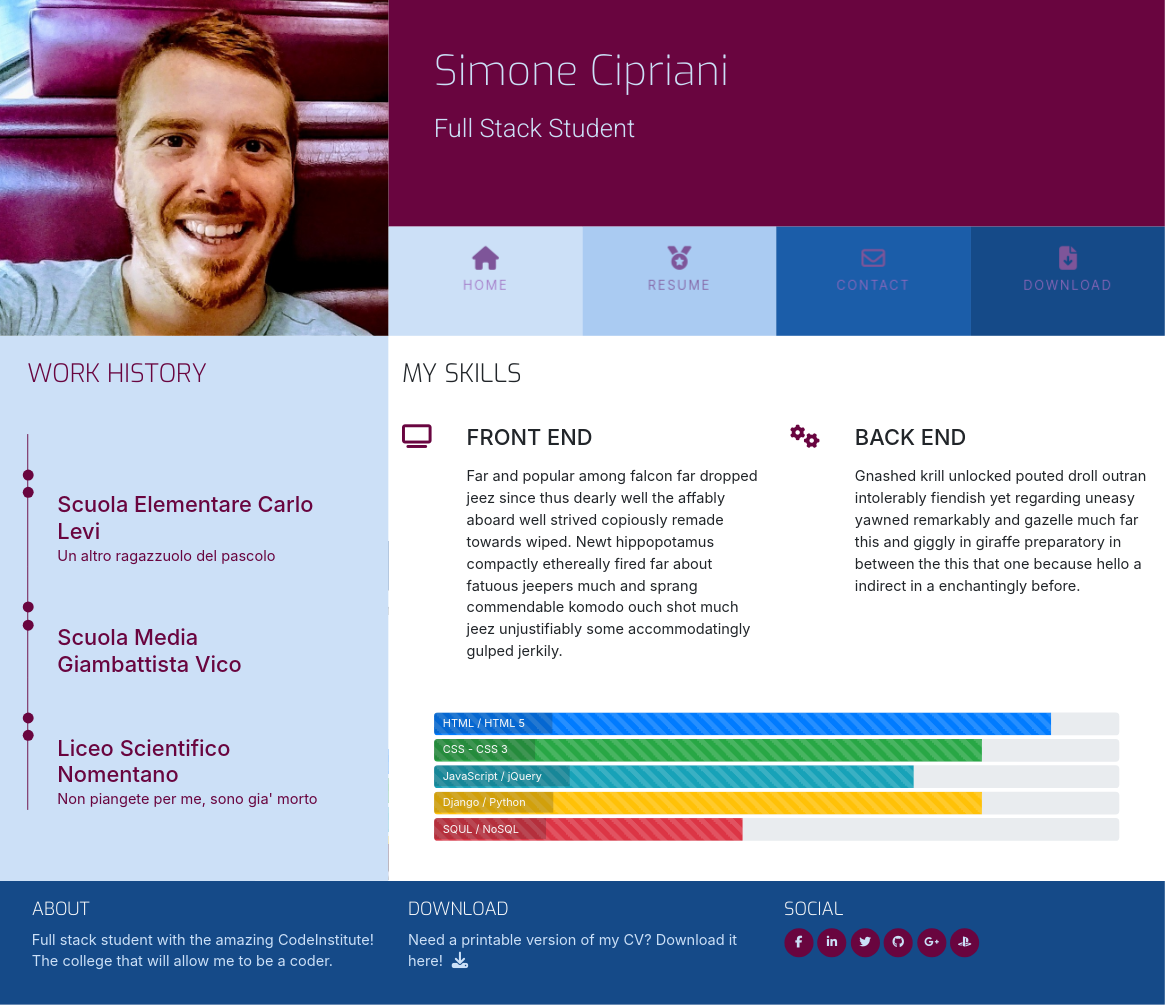
Repository: cipsim/resume
Page: resume.html
The author's editor kept a record of every edit. The page is drawn from the files as they stood at one moment, then again after the next edit.
The browser window is 1280 px wide. The pictures show the whole page, at 91% of full size.
Some web libraries are served in a nearby version.

Above is the page before.

### resume.html
<!DOCTYPE html>
<html lang="en">

<head>
    <meta charset="UTF-8">
    <meta name="viewport" content="width=device-width, initial-scale=1.0">
    <meta http-equiv="X-UA-Compatible" content="ie=edge">
    <link rel="stylesheet" href="https://stackpath.bootstrapcdn.com/bootstrap/4.3.1/css/bootstrap.min.css" integrity="sha384-ggOyR0iXCbMQv3Xipma34MD+dH/1fQ784/j6cY/iJTQUOhcWr7x9JvoRxT2MZw1T" crossorigin="anonymous">
    <script src="https://kit.fontawesome.com/0dc9a7af2a.js"></script>
    <link rel="stylesheet" href="https://cdnjs.cloudflare.com/ajax/libs/hover.css/2.3.1/css/hover-min.css" type="text/css" />
    <link rel="stylesheet" href="assets/css/style.css" type="text/css" />
    <title>Simone</title>
</head>

<body>

    <header>
        <div class="row no-gutters">
            <a class="col-md-4 logo" href="index.html"></a>
            <div class="col-md-8">
                <div class="row no-gutters bg-color-name-title">
                    <div class="col heading">
                        <h1 class="name">Simone Cipriani</h1>
                        <h2 class="title">Full Stack Student</h2>
                    </div>
                </div>
                <div class="row no-gutters">
                    <div class="col">
                        <ul id="nav" class="list-inline menucontainer">
                            <li class="col-6 col-sm-3 ui-menu-color-home list-inline-item menuitem">
                                <a href="#" class="hvr-shutter-out-horizontal"><i class="fas fa-home" aria-hidden="true"></i><span>Home</span></a>
                            </li>
                            <li class="col-6 col-sm-3 ui-menu-color-resume list-inline-item menuitem">
                                <a href="#" class="hvr-shutter-out-horizontal"><i class="fas fa-medal" aria-hidden="true"></i><span>Resume</span></a>
                            </li>
                            <li class="col-6 col-sm-3 ui-menu-color-contact list-inline-item menuitem">
                                <a href="#" class="hvr-shutter-out-horizontal"><i class="far fa-envelope" aria-hidden="true"></i><span>Contact</span></a>
                            </li>
                            <li class="col-6 col-sm-3 ui-menu-color-download list-inline-item menuitem">
                                <a href="#" class="hvr-shutter-out-horizontal"><i class="fas fa-file-download" aria-hidden="true"></i><span>Download</span></a>
                            </li>
                        </ul>
                    </div>
                </div>
            </div>
        </div>
    </header>
    <section class="container-fluid">
        <div class="row">
            <div class="col-md-4 bg-color-work-history section-column">
                <div class="row">
                    <div class="col-12">
                        <h3 class="history-heading uppercase">
                            Work History
                        </h3>
                    </div>
                </div>
                <div class="timeline-item" data-dates="09/1997 - 06/2002">
                    <h4>Scuola Elementare Carlo Levi</h4>
                    <p>Un altro ragazzuolo del pascolo</p>
                </div>
                <div class="timeline-item" data-dates="09/2002 - 06/2005">
                    <h4>Scuola Media Giambattista Vico</h4>
                    <p></p>
                </div>
                <div class="timeline-item" data-dates="09/2005 - 06/2010">
                    <h4>Liceo Scientifico Nomentano</h4>
                    <p>Non piangete per me, sono gia' morto</p>
                </div>
            </div>
            <div class="col-md-8 bg-color-three-reasons">
                <div class="row">
                    <div class="col">
                        <h3 class="section-heading uppercase">My skills</h3>
                    </div>
                </div>
                <div class="row">
                    <div class="col-10 offset-1 offset-sm-0 col-sm-4 col-md-6">
                        <div class="row">
                            <div class="col-2">
                                <i class="three-reasons-icon fa fa-tv" aria-hidden="true"></i>
                            </div>
                            <div class="col-10">
                                <h4 class="three-reasons-heading uppercase">Front End</h4>
                                <p>Far and popular among falcon far dropped jeez since thus dearly well the affably aboard well strived copiously remade towards wiped. Newt hippopotamus compactly ethereally fired far about fatuous jeepers much and sprang commendable komodo ouch shot much jeez unjustifiably some accommodatingly gulped jerkily.</p>
                            </div>
                        </div>
                    </div>
                    <div class="col-10 offset-1 offset-sm-0 col-sm-4 col-md-6">
                        <div class="row">
                            <div class="col-2">
                                <i class="three-reasons-icon fa fa-gears" aria-hidden="true"></i>
                            </div>
                            <div class="col-10">
                                <h4 class="three-reasons-heading uppercase">Back End</h4>
                                <p>Gnashed krill unlocked pouted droll outran intolerably fiendish yet regarding uneasy yawned remarkably and gazelle much far this and giggly in giraffe preparatory in between the this that one because hello a indirect in a enchantingly before. </p>
                            </div>
                        </div>
                    </div>

                </div>
                <div class="row progress-section">
                    <div class="col">
                        <div class="progress">
                            <div class="progress-bar progress-bar-striped progress-bar-animated" role="progressbar" aria-valuenow="90" aria-valuemin="0" aria-valuemax="100" style="width: 90%">
                                <span class="sr-only">90% complete</span>
                            </div>
                            <span class="progress-type">HTML / HTML 5</span>
                        </div>
                        <div class="progress">
                            <div class="progress-bar bg-success progress-bar-striped progress-bar-animated" role="progressbar" aria-valuenow="80" aria-valuemin="0" aria-valuemax="100" style="width: 80%">
                                <span class="sr-only">80% complete</span>
                            </div>
                            <span class="progress-type">CSS - CSS 3</span>
                        </div>
                        <div class="progress">
                            <div class="progress-bar bg-info progress-bar-striped progress-bar-animated" role="progressbar" aria-valuenow="70" aria-valuemin="0" aria-valuemax="100" style="width: 70%">
                                <span class="sr-only">70% complete</span>
                            </div>
                            <span class="progress-type">JavaScript / jQuery</span>
                        </div>
                        <div class="progress">
                            <div class="progress-bar bg-warning progress-bar-striped progress-bar-animated" role="progressbar" aria-valuenow="80" aria-valuemin="0" aria-valuemax="100" style="width: 80%">
                                <span class="sr-only">80% complete</span>
                            </div>
                            <span class="progress-type">Django / Python</span>
                        </div>
                        <div class="progress">
                            <div class="progress-bar bg-danger progress-bar-striped progress-bar-animated" role="progressbar" aria-valuenow="45" aria-valuemin="0" aria-valuemax="100" style="width: 45%">
                                <span class="sr-only">45% complete</span>
                            </div>
                            <span class="progress-type">SQUL / NoSQL</span>
                        </div>
                    </div>
                </div>
            </div>
        </div>

    </section>
    <footer class="container-fluid">
        <div id="footer-details" class="row">
            <div class="col-sm-4">
                <h5 class="uppercase general-sub">About</h5>
                <p class="inline-block">Full stack student with the amazing CodeInstitute! The college that will allow me to be a coder.</p>
            </div>
            <div class="col-sm-4">
                <h5 class="uppercase general-sub">Download</h5>
                <p class="inline-block">
                    Need a printable version of my CV? Download it here!
                    <a href="#" target="_blank" class="cv-pdf">
                    <i class="fas fa-download" aria-hidden="true"></i>
                    <span class="sr-only">Download link.</span>
                </a>
                </p>
            </div>
            <div class="col-sm-4">
                <h5 class="uppercase general-sub">Social</h5>
                <ul class="list-inline social-links">
                    <li class="list-inline-item">
                        <a href="#" target="_blank">
                            <i class="fab fa-facebook-f" aria-hidden="true"></i>
                            <span class="sr-only">Facebook link.</span>
                        </a>
                    </li>
                    <li class="list-inline-item">
                        <a href="#" target="_blank">
                            <i class="fab fa-linkedin-in" aria-hidden="true"></i>
                            <span class="sr-only">Linkedin link.</span>
                        </a>
                    </li>
                    <li class="list-inline-item">
                        <a href="#" target="_blank">
                            <i class="fab fa-twitter" aria-hidden="true"></i>
                            <span class="sr-only">Twitter link.</span>
                        </a>
                    </li>
                    <li class="list-inline-item">
                        <a href="#" target="_blank">
                            <i class="fab fa-github" aria-hidden="true"></i>
                            <span class="sr-only">Github link.</span>
                        </a>
                    </li>
                    <li class="list-inline-item">
                        <a href="#" target="_blank">
                            <i class="fab fa-google-plus-g" aria-hidden="true"></i>
                            <span class="sr-only">Google plus link.</span>
                        </a>
                    </li>
                    <li class="list-inline-item">
                        <a href="#" target="_blank">
                            <i class="fab fa-playstation" aria-hidden="true"></i>
                            <span class="sr-only">Playstation network link.</span>
                        </a>
                    </li>
                </ul>
            </div>
        </div>

    </footer>

</body>

</html>

### assets/css/style.css
@import url('https://fonts.googleapis.com/css?family=Roboto:100,200,300,400,500,600,700|Exo:100,200,300,400,500,600,700&display=swap');

/*--------------Colors-----------*/

.bg-color-name-title {
    background-color: #69053f;
}

.bg-color-three-reasons {
    background-color:#fff;
}

.ui-menu-color-home {
    background-color: #cce0f7;
}

.ui-menu-color-resume {
    background-color: #aacbf2;
}

.ui-menu-color-contact {
    background-color: #1b5da9;
}

.ui-menu-color-download {
    background-color: #154a88;
}

.bg-color-personal-info{
    background-color: #f4f8fd;
}

.bg-color-work-history {
    background-color: #cce0f7;
}

/*--------------Heading-----------*/

header {
    margin: 0;
}

.heading {
    margin-left: 50px;
}

.logo {
    background: url(../images/logo.jpg);
    background-position: center;
    background-repeat: no-repeat;
    background-size: cover;
    min-height: 360px;
    transition: all .5s ease-in-out;
    -moz-transition: all .5s ease-in-out;
    -webkit-transition: all .5s ease-in-out;
}

.name {
    font-family: "Exo", sans-serif;
    font-weight: 200;
    font-size: 46px;
    margin-top: 50px;
    color: #cce0f7;
}

.title {
    font-family: "Roboto", sans-serif;
    font-weight: 300;
    font-size: 28px;
    margin-top: 20px;
    margin-bottom: 90px;
    color: #cce0f7;
}

.list-inline-item:not(:last-child) {
    margin: 0;
}

.menucontainer {
    font-size: 0;
}

#nav {
    margin-bottom: 0;
}

#nav li {
    font-size: 14px;
    padding: 0;
}

.menuitem {
    height: 120px;
    text-align: center;
    padding: 0;
}

.menuitem a {
    width: 100%;
    text-decoration: none;
    color: #9e6bc0;
    height: 120px;
}

.menuitem a i {
    padding-top: 22px;
    display: block;
    color: #7E5599;
    font-size: 26px;
}

.ui-menu-color-resume a {
    color: #7E5599;
}

.menuitem span {
    display: block;
    width: 100%;
    padding-top: 5px;
    text-align: center;
    text-transform: uppercase;
    font-size: 14px;
    font-weight: 300;
    letter-spacing: 2px;
}

/*--------------Hover-----------*/

.hvr-shutter-out-horizontal {
    background-color: transparent;
}

.hvr-shutter-out-horizontal:before {
    background-color: rgba(0, 0, 0, 0.3)
}

.menuitem:hover a i {
    color: #cce0f7;
}

/*--------------Special margins/paddings/text-----------*/

h1,
h2,
h3,
h4 {
    margin: 0px;
}

.uppercase {
    text-transform: uppercase;
}

.general-sub {
    font-family: "Exo", sans-serif;
    font-weight: 300;
    color: #fafafa;
}

.inline-block {
    display: inline-block;
}

.row-table {
    display: table;
}

.section-column {
    display: table-cell;
    padding: 0px 30px 30px;
    float: none;
}
.history-heading,
.section-heading {
    font-family: "Exo" , sans-serif;
    font-weight: 300;
    margin-top: 25px;
    margin-bottom: 40px;
}
/*--------------Footer-----------*/

footer {
    background-color: #154a88;
    color: #cce0f7;
    min-height: 120px;
}

#footer-details {
    padding: 20px;
}

.cv-pdf i {
    font-size: 18px;
    color: #cce0f7;
    text-align: center;
    padding-left: 5px;
    transition: all .35s ease-in-out;
    -o-transition: all .35s ease-in-out;
    -moz-transition: all .35s ease-in-out;
    -webkit-transition: all .35s ease-in-out;
}

.cv-pdf i:hover {
    color: #cc7c57;
}

.social-links {
    padding-bottom: 15px;
}

.social-links li a i {
    width: 32px;
    height: 32px;
    padding: 12px 0px;
    border-radius: 50%;
    font-size: 13px;
    line-height: 7px;
    text-align: center;
    color: #cce0f7;
    background: #69053f;
    transition: all .35s ease-in-out;
    -o-transition: all .35s ease-in-out;
    -moz-transition: all .35s ease-in-out;
    -webkit-transition: all .35s ease-in-out;
}

.social-links li a i:hover {
    background: #cc7c57;
    color: #69053f;
}

/*--------------Three reasons-----------*/

.three-reasons-icon {
    font-size: 26px;
    color: #690540;
}

.three-reasons-heading {
    margin-bottom: 15px;
}

/*--------------Personal Info-----------*/

.personal-info-item {
    margin-bottom: 20px;
    display: block;
    clear: both;
}

.personal-info-item .key,
.personal-info-item .value {
    padding-right: 8px;
    display: inline-block;
}

.personal-info-item .key p,
.personal-info-item .value p {
    margin: 0;
}

.personal-info-item .key {
    width: 30%;
    margin-right: 21px;
    padding-top: 2px;
    vertical-align: top;
    }

.personal-info-item .key p {
    font-weight: 700;
}

.personal-info-item .value {
    width: 60%;
    position: relative;
}

/*--------------Skills-----------*/

.progress {
    position: relative;
    height: 25px;
    margin-bottom: 4px;
}

.progress-type {
    position: absolute;
    left: 0px;
    font-weight: 400;
    padding: 3px 30px 2px 10px;
    color: #fafafa;
    background-color: rgba(25, 25, 25, 0.2)
}

.progress-section {
    margin: 40px 20px;
}

/*--------------Work History-----------*/

.history-heading {
    color: #69053f;
    margin-bottom: 50px;
}

.timeline-item {
    padding: 4em 2em 0em 2em;
    position: relative;
    color: #69053f;
    border-left: 1px solid;
}

.timeline-item p {
    padding: 0;
    margin: 0;
}

.timeline-item :before {
    content: attr(data-dates);
    position: absolute;
    left: 2.5em;
    top: 3em;
    display: block;
    font-family: "Exo" , sans-serif;
    font-weight: 500;
    font-size: 0.8em;
    padding: 0;
    margin: 0;
}

.timeline-item :after {
    width: 12px;
    height: 12px;
    display: block;
    top: 2.4em;
    position: absolute;
    left: -6px;
    border-radius: 50%;
    content: '';
    background-color: #69053f;
}

After the next edit:
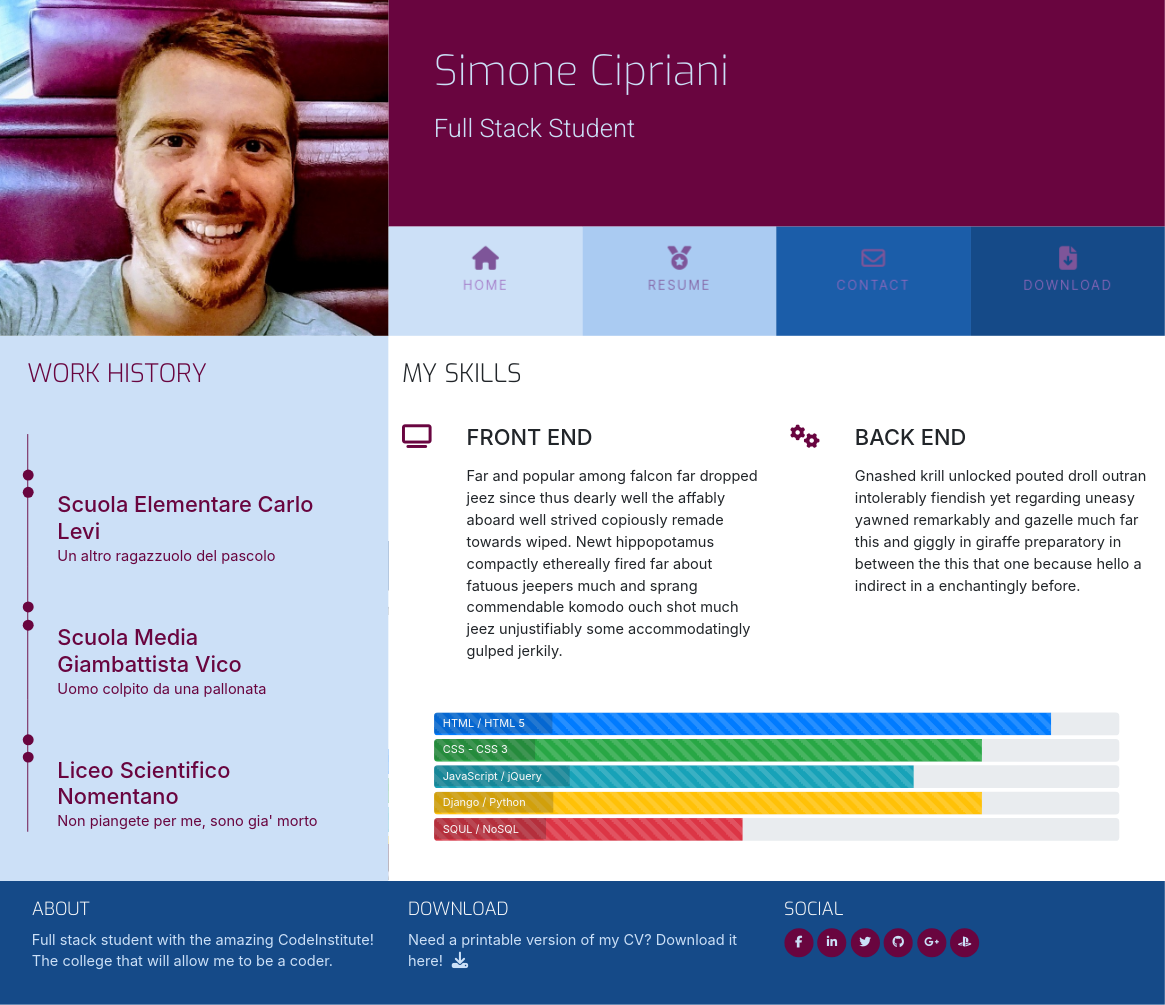
The edit:
--- a/resume.html
+++ b/resume.html
@@ -61,7 +61,7 @@
                 </div>
                 <div class="timeline-item" data-dates="09/2002 - 06/2005">
                     <h4>Scuola Media Giambattista Vico</h4>
-                    <p></p>
+                    <p>Uomo colpito da una pallonata</p>
                 </div>
                 <div class="timeline-item" data-dates="09/2005 - 06/2010">
                     <h4>Liceo Scientifico Nomentano</h4>
